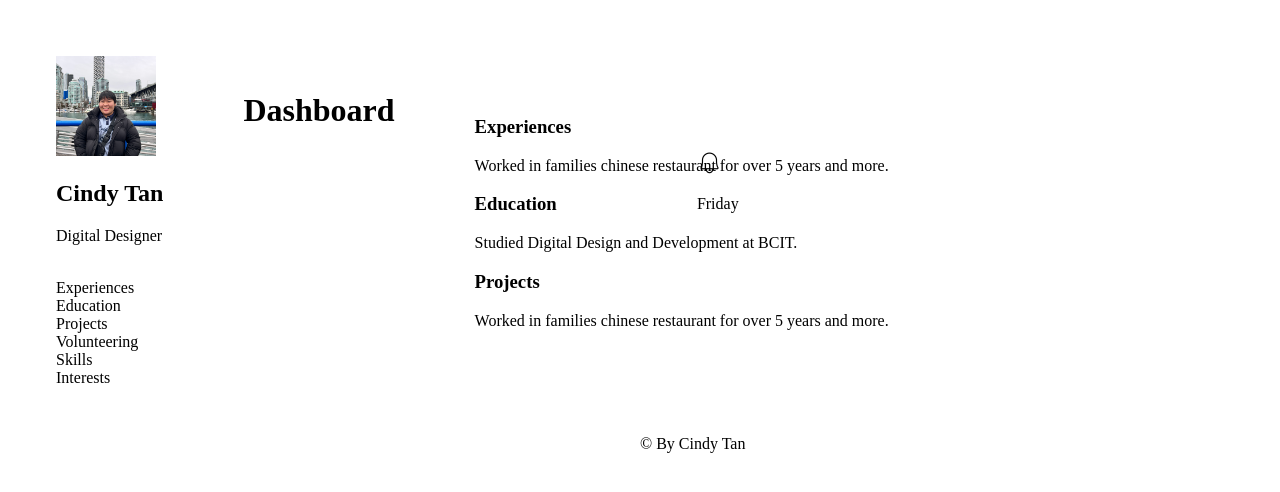
Repository: Cindy-tan/Assessment-_1
Page: /
The author's editor kept a copy of each file at every save. The page is drawn from the files as they stood at one save, then again after a run of saves.
The browser window is 1280 px wide. The pictures show the whole page.
The project was rebuilt for these pictures with package versions that can differ from the ones it lists, and the page was loaded fresh each time. The framework's server and built-in components were replaced by stand-ins that run in the browser. Also part of the build but not shown: next.config.js, components/Card/Card.module.css, components/SideNavigation/SideNavigation.module.css.

Above is the page before, as saved 2024-01-19 00:00:49.

After the next 2 saves:
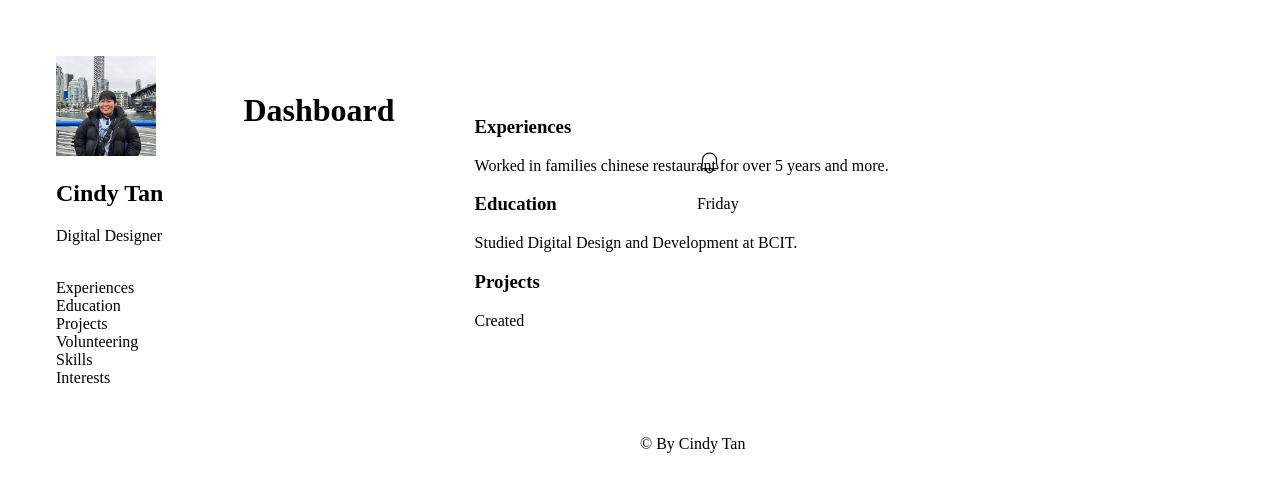
The 2 saves are shown as one change because they came seconds apart.
The last was saved 24 s later.
--- a/pages/index.js
+++ b/pages/index.js
@@ -32,7 +32,7 @@ export default function Home() {
         <div className={`${styles.card}`}>
           <Card title='Experiences' description='Worked in families chinese restaurant for over 5 years and more.'/>
           <Card title='Education' description='Studied Digital Design and Development at BCIT.'/>
-          <Card title='Projects' description='Worked in families chinese restaurant for over 5 years and more.'/>
+          <Card title='Projects' description='Created '/>
         </div>
 
 
